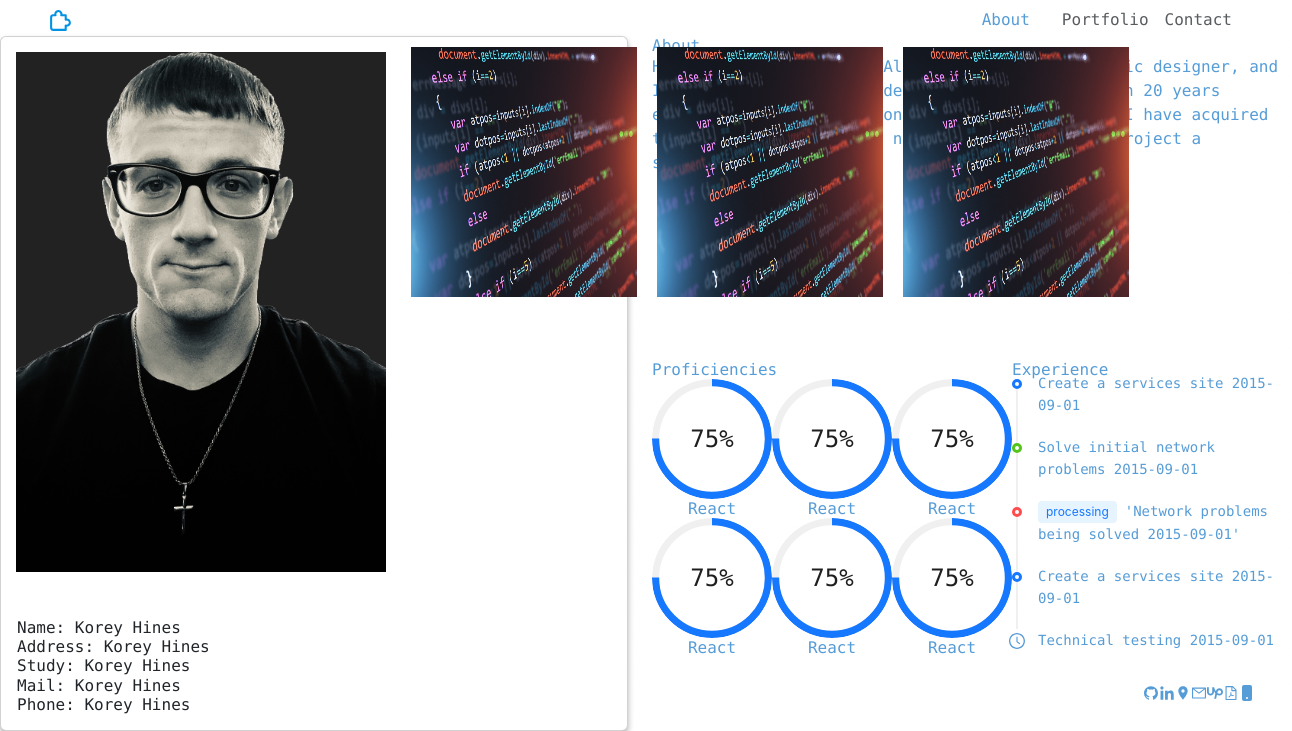
Repository: devkthines/next-portfolio-v2
Page: /about
An editor plug-in stored every save of this project. The page is shown before and after a run of saves, followed by the edit.
The browser window is 1280 px wide. The page is 1292 px wide, so the pictures cover 1292 px, including what lies to the right of the window. The pictures show the whole page.
The project was rebuilt for these pictures with package versions that can differ from the ones it lists, and the page was loaded fresh each time. The framework's server and built-in components were replaced by stand-ins that run in the browser. Also part of the build but not shown: next.config.js.

Above is the page before, as saved 2023-09-25 21:37:12.

After the next 2 saves:
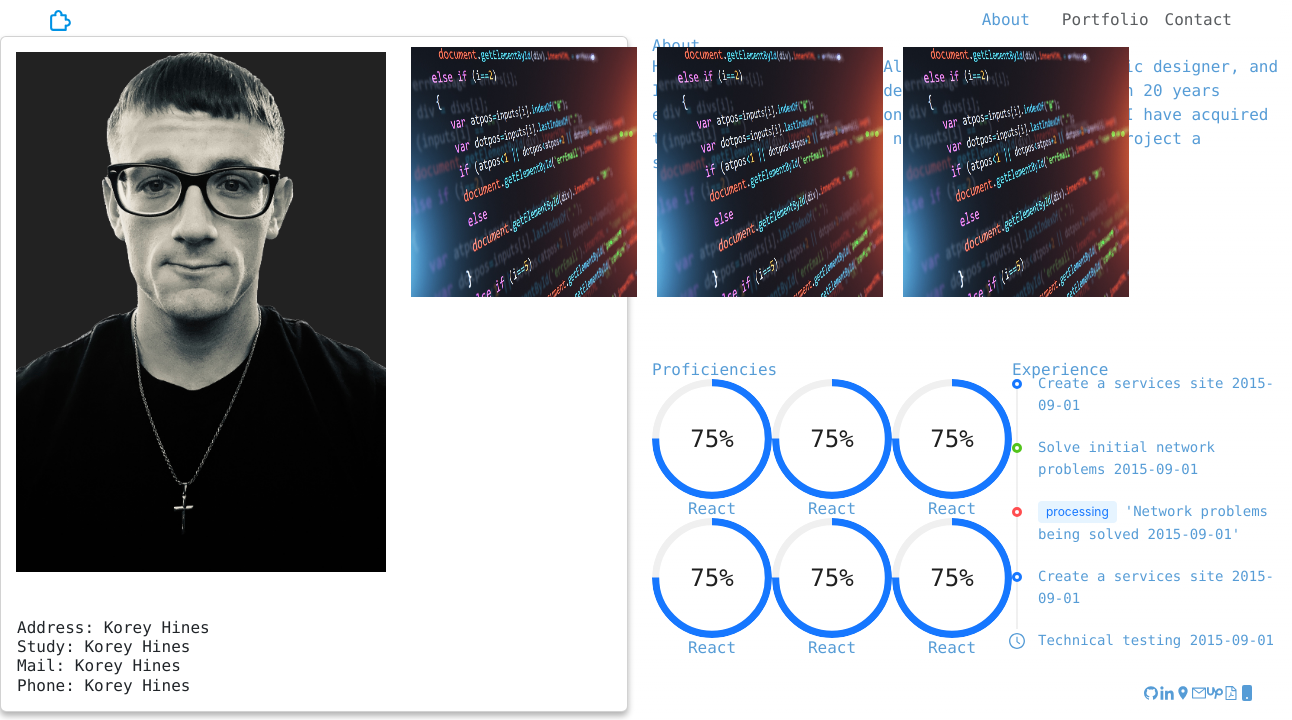
The 2 saves are shown as one change because they came seconds apart.
The last was saved 2 min 16 s later.
--- a/src/app/about/page.js
+++ b/src/app/about/page.js
@@ -57,8 +57,7 @@ export default function About() {
               <img className='aboutImgs' src="/images/webstorm-vs-vscode.jpeg" alt="" />
             </div></div>
             <Card.Body>
-              <h6>Name:  Korey Hines</h6>
-              <h6>Address:  Korey Hines</h6>
+              <h6>Address:   Korey Hines</h6>
               <h6>Study:  Korey Hines</h6>
               <h6>Mail:  Korey Hines</h6>
               <h6>Phone:  Korey Hines</h6>
